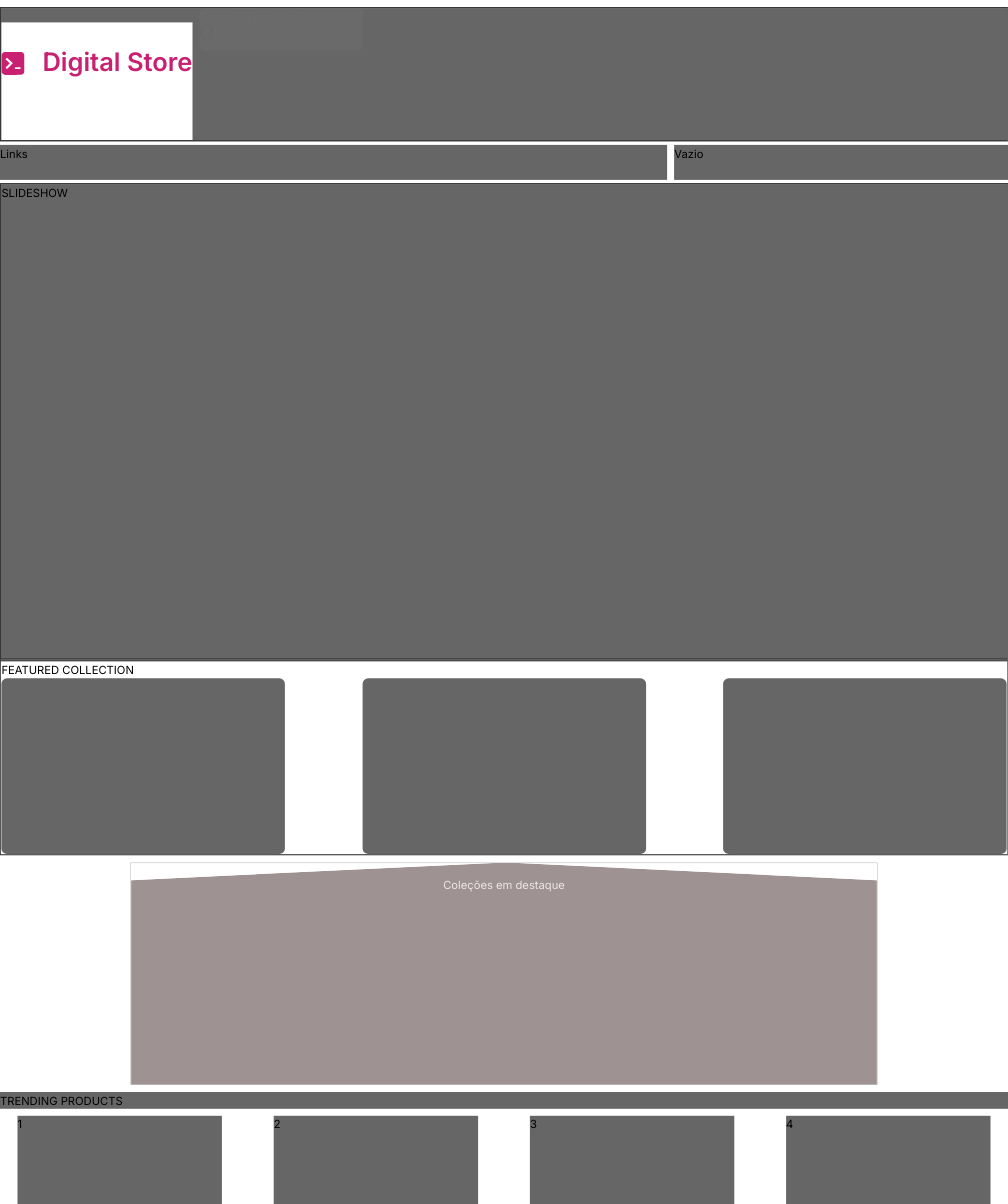
Repository: theophiloweb/landpage_disgital_store
Page: index.html
An editor plug-in stored every save of this project. The page is shown before and after the next save, followed by the edit.
The browser window is 1280 px wide. The page is 1440 px wide, so the pictures cover 1440 px, including what lies to the right of the window. The pictures show the part of the page from y = 0 to 1720 px (the page is 3178 px tall), at 70% of full size.

Above is the page before, as saved 2025-04-24 09:23:20.

After the next save:
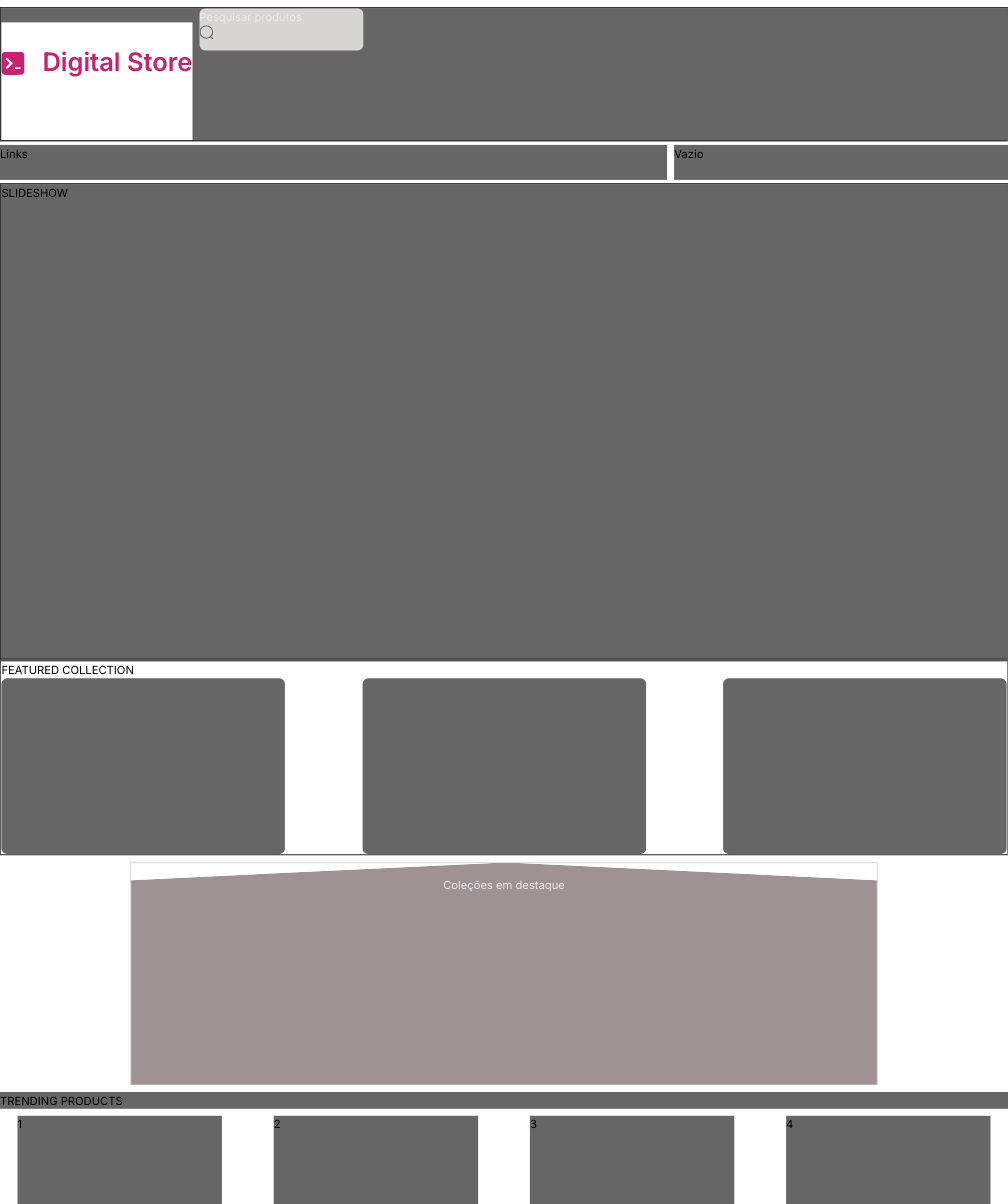
Saved 47 s later.
--- a/style.css
+++ b/style.css
@@ -82,7 +82,7 @@ header {
 .search_bar_input {
   background: #dad5d5;
   border-radius: 8px;
-  opacity: 0.04;
+  opacity: 9;
   height: 60px;
   color: var(--white);
 
